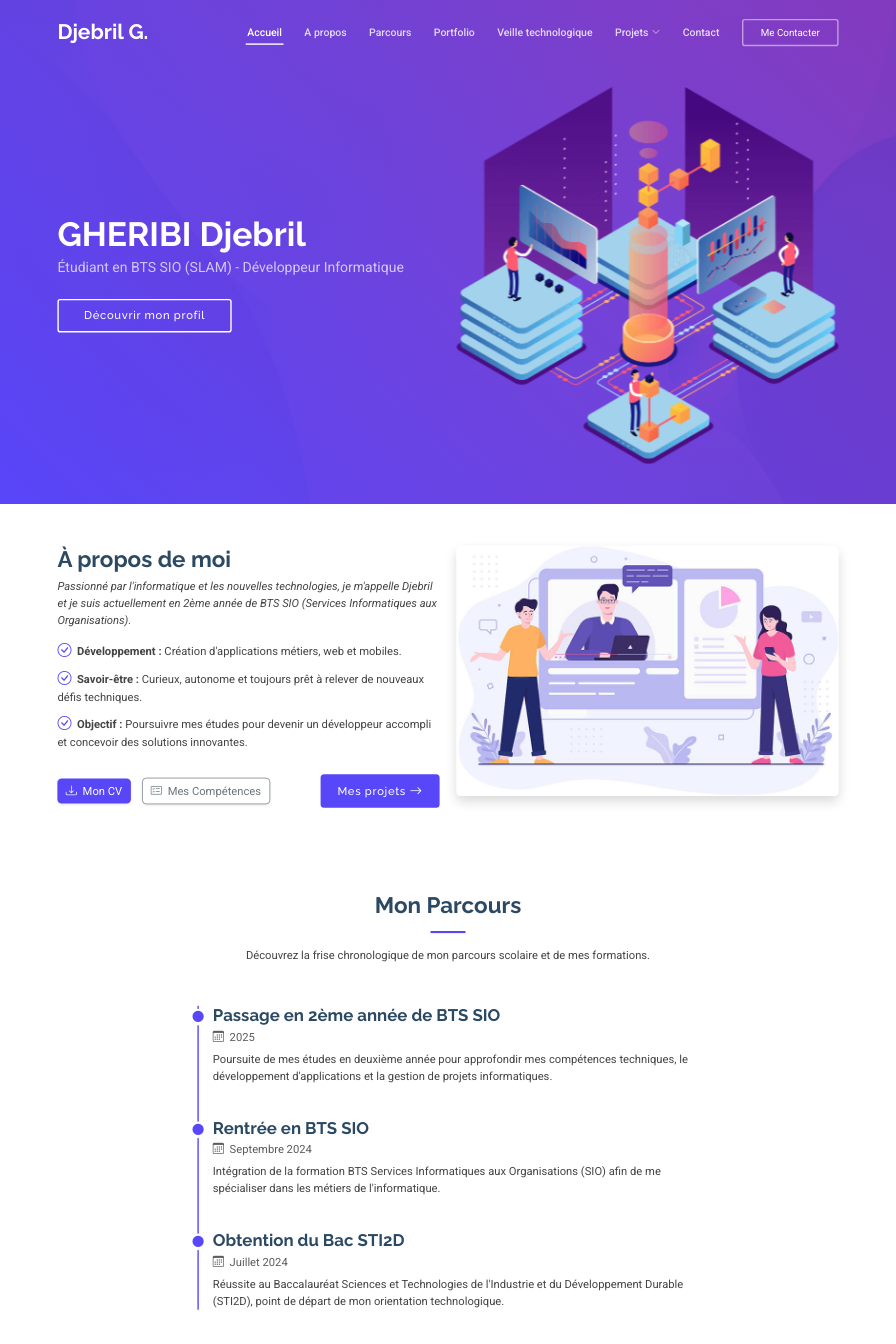
Repository: DJghr/djghr.github.io
Page: index.html
These files come from the project's save history. The page is drawn as it stood at one moment and after the next save; the edit follows.
The browser window is 1280 px wide. The pictures show the part of the page from y = 0 to 1920 px (the page is 5461 px tall before and 5758 px after), at 70% of full size.

Above is the page before, as saved 2026-05-09 20:36:40.

After the next save:
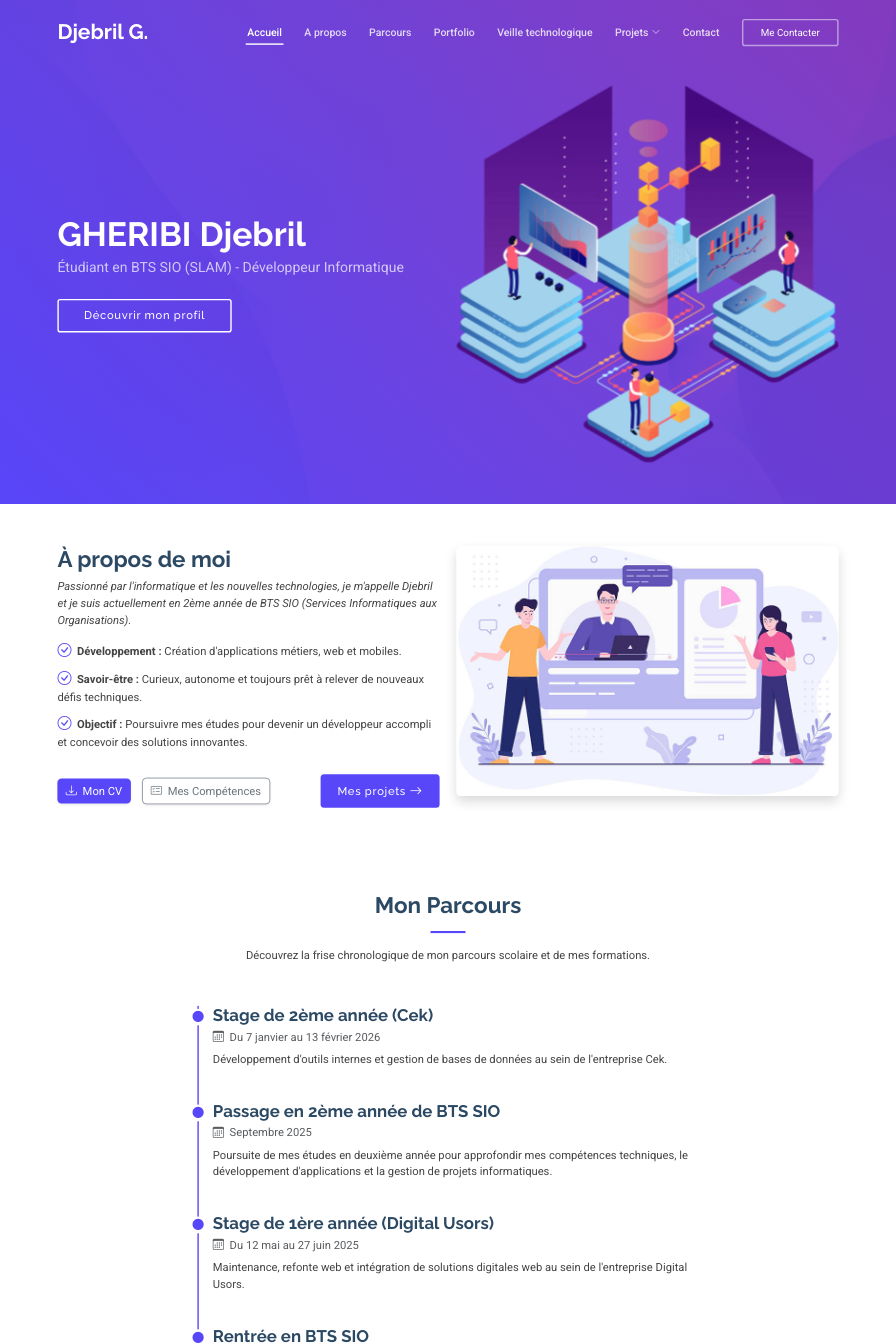
Saved 5 min 26 s later.
--- a/index.html
+++ b/index.html
@@ -125,10 +125,26 @@
               <div class="mb-5 position-relative">
                 <i class="bi bi-circle-fill position-absolute"
                   style="left: -29px; top: 4px; color: var(--accent-color); font-size: 16px; background-color: var(--background-color, #fff); border-radius: 50%;"></i>
+                <h4 class="mb-1 fw-bold">Stage de 2ème année (Cek)</h4>
+                <p class="text-muted mb-2"><i class="bi bi-calendar3 me-2"></i>Du 7 janvier au 13 février 2026</p>
+                <p>Développement d'outils internes et gestion de bases de données au sein de l'entreprise Cek.</p>
+              </div>
+
+              <div class="mb-5 position-relative">
+                <i class="bi bi-circle-fill position-absolute"
+                  style="left: -29px; top: 4px; color: var(--accent-color); font-size: 16px; background-color: var(--background-color, #fff); border-radius: 50%;"></i>
                 <h4 class="mb-1 fw-bold">Passage en 2ème année de BTS SIO</h4>
-                <p class="text-muted mb-2"><i class="bi bi-calendar3 me-2"></i>2025</p>
+                <p class="text-muted mb-2"><i class="bi bi-calendar3 me-2"></i>Septembre 2025</p>
                 <p>Poursuite de mes études en deuxième année pour approfondir mes compétences techniques, le
                   développement d'applications et la gestion de projets informatiques.</p>
+              </div>
+
+              <div class="mb-5 position-relative">
+                <i class="bi bi-circle-fill position-absolute"
+                  style="left: -29px; top: 4px; color: var(--accent-color); font-size: 16px; background-color: var(--background-color, #fff); border-radius: 50%;"></i>
+                <h4 class="mb-1 fw-bold">Stage de 1ère année (Digital Usors)</h4>
+                <p class="text-muted mb-2"><i class="bi bi-calendar3 me-2"></i>Du 12 mai au 27 juin 2025</p>
+                <p>Maintenance, refonte web et intégration de solutions digitales web au sein de l'entreprise Digital Usors.</p>
               </div>
 
               <div class="mb-5 position-relative">
